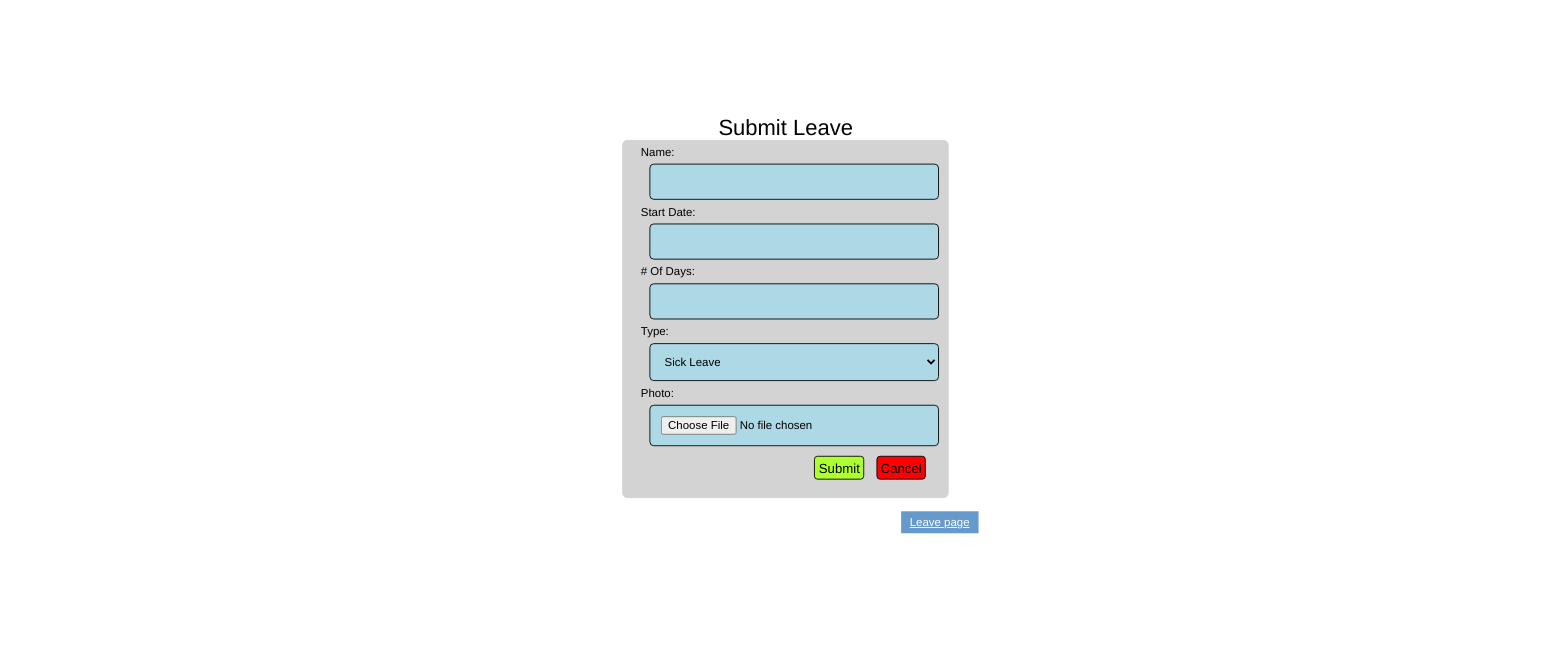
Repository: Murad71/BasicCRUD
Page: index.html
The author's editor kept a copy of each file at every save. The page is drawn from the files as they stood at one save, then again after the next save.
The browser window is 1280 px wide. The page is 1778 px wide, then 1280 px, so the pictures cover 1778 px, including what lies to the right of the window. The pictures show the whole page, at 88% of full size.

Above is the page before, as saved 2023-04-18 21:45:39.

After the next save:
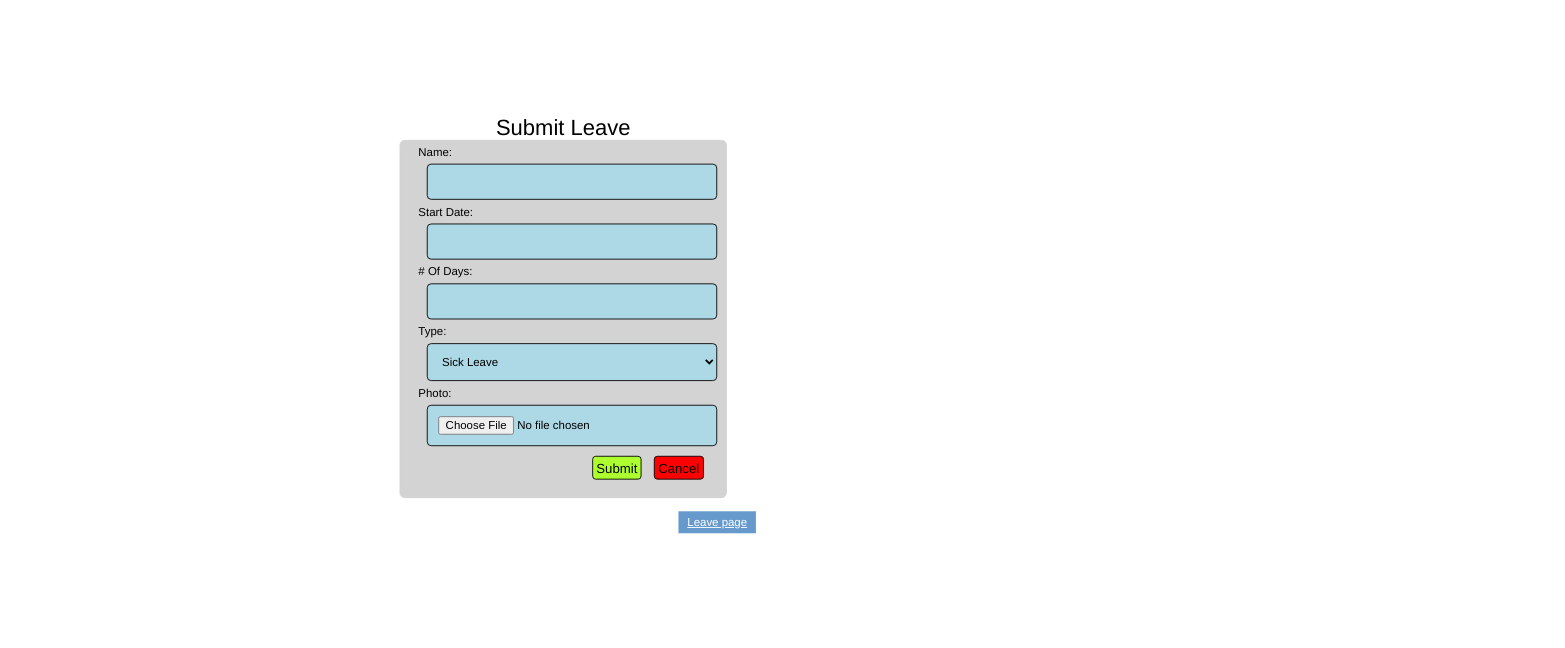
Saved 8 s later.
--- a/index.css
+++ b/index.css
@@ -11,7 +11,6 @@
   justify-content: center;
   height: 100vh;
   flex-direction: column;
-  width: 140%;
 }
 
 .container {
